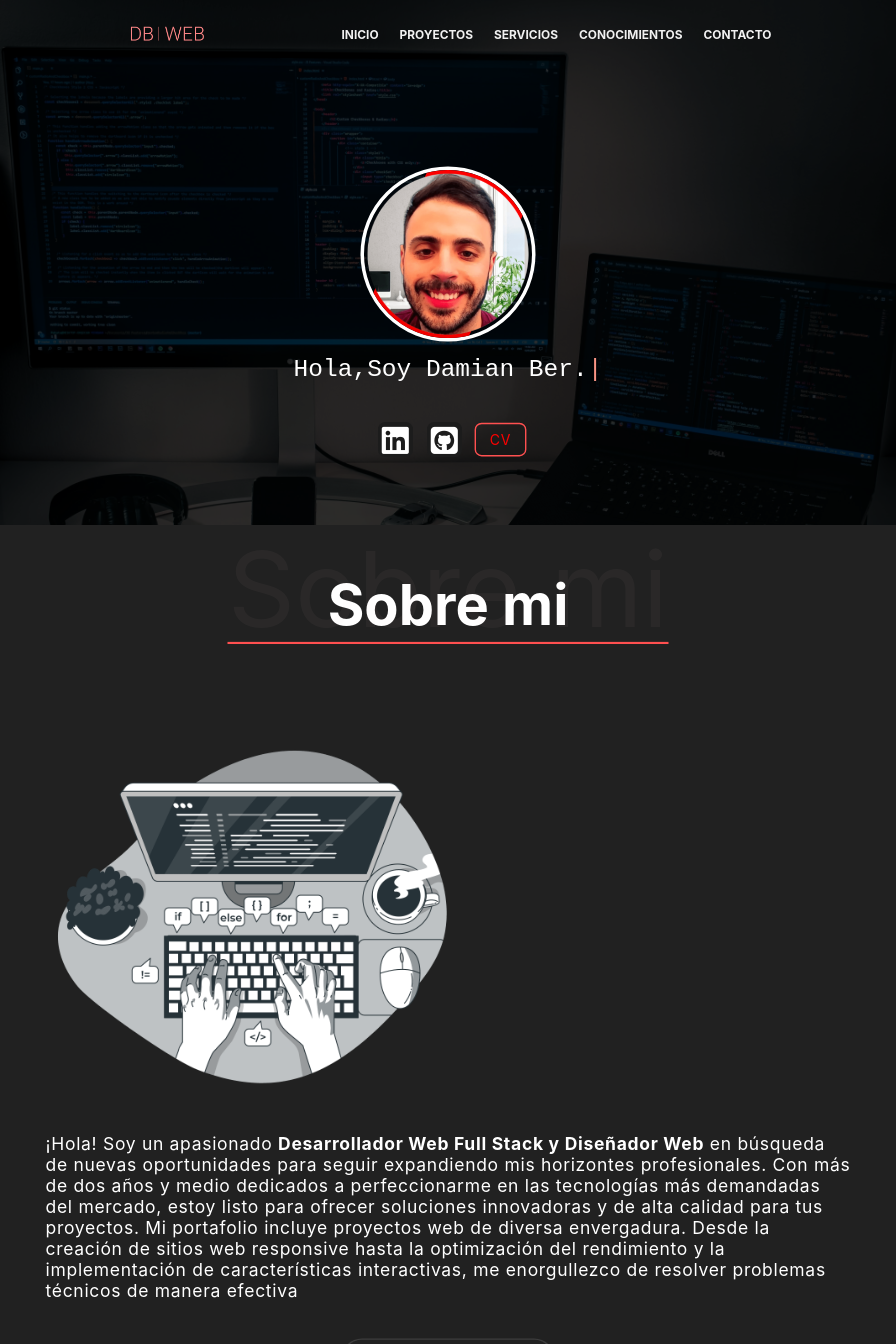
Repository: DamianBermudez94/DB-Porfolio
Page: /
These files come from the project's save history. The page is drawn as it stood at one moment and after the next save; the edit follows.
The browser window is 1280 px wide. The pictures show the part of the page from y = 0 to 1920 px (the page is 3079 px tall before and 2565 px after), at 70% of full size.
Backgrounds fixed to the window are drawn as part of the page. Some web libraries are served in a nearby version. The project was rebuilt for these pictures with package versions that can differ from the ones it lists, and the page was loaded fresh each time. Also part of the build but not shown: vite.config.js, src/components/Servicios/styles.css, src/components/Servicios/Service.jsx, src/pages/Servicios.jsx, src/components/Conocimientos/styles.css, src/components/Conocimientos/Conocimientos.jsx, src/pages/AcerdaDe.jsx, src/components/Contacto/styles.css and 7 more.

Above is the page before, as saved 2024-04-01 21:46:45.

After the next save:
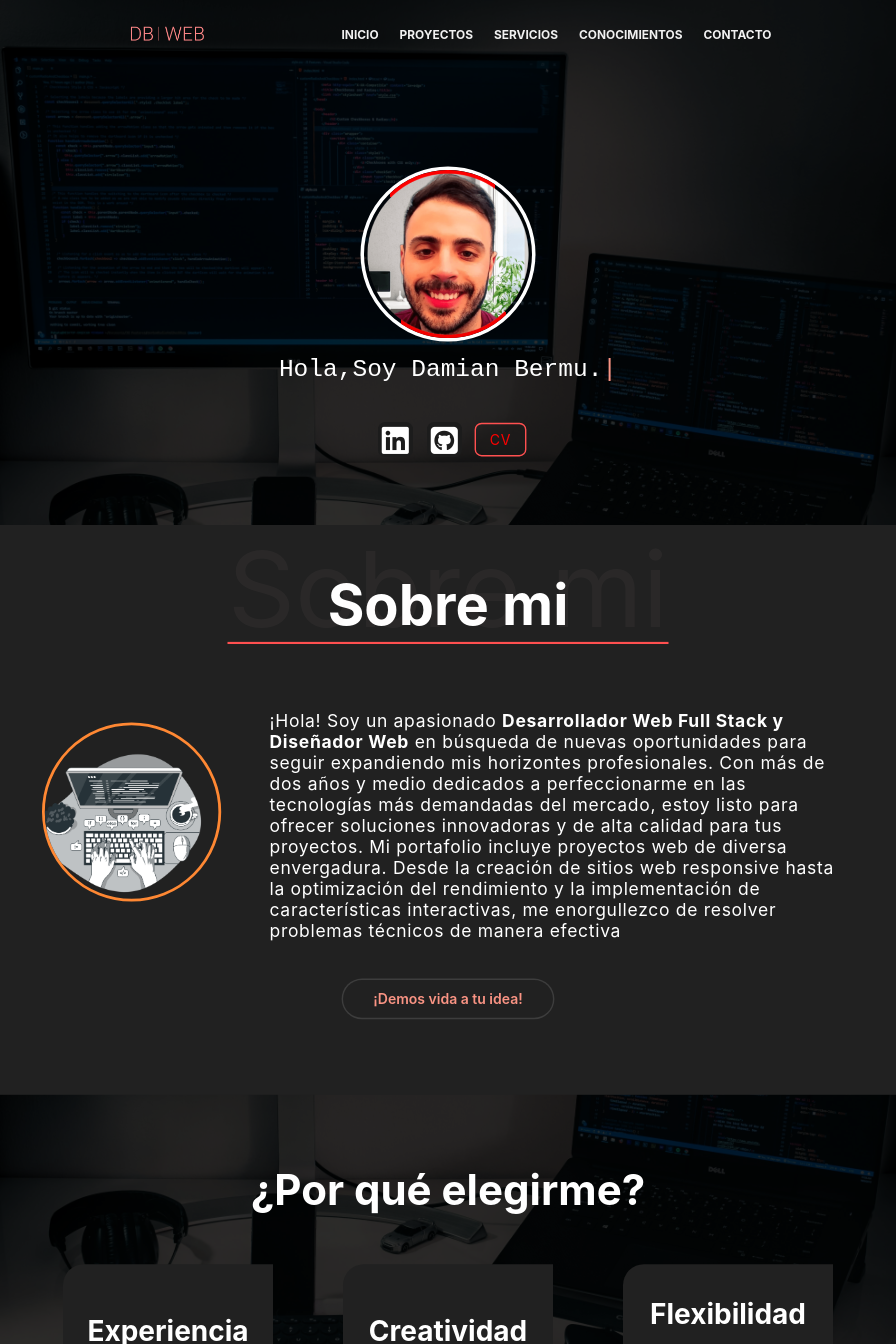
Saved 48 s later.
--- a/src/components/Home/styles.css
+++ b/src/components/Home/styles.css
@@ -195,10 +195,16 @@
 
 
 .container-me article img {
-  width: 100%;
-  max-width: 600px;
-  margin: 0 auto;
+  border: .25rem solid #f83;
+  border-radius: 50%;
+  float: left;
+  height: 16rem;
+  margin-right: 4rem;
+  margin-top: 1.38rem;
+  object-fit: cover;
+  object-position: -16px 16px;
   shape-outside: circle(50%);
+  width: 16rem;
 }
 
 .section-me article p {
